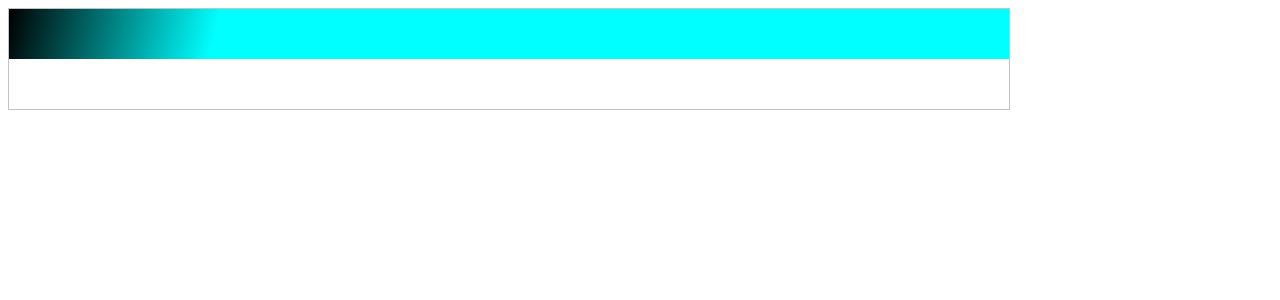
Repository: YukiXueyan/moquWebsite
Page: html/渐变.html
These files come from the project's save history. The page is drawn as it stood at one moment and after the next save; the edit follows.
The browser window is 1280 px wide. The pictures show the whole page.

Above is the page before, as saved 2020-07-05 15:43:38.

### html/渐变.html
<!DOCTYPE HTML>
<html>
<body>

<canvas id="myCanvas" width="1000" height="100" style="border:1px solid #c3c3c3;">
Your browser does not support the canvas element.
</canvas>


<script type="text/javascript">

var c=document.getElementById("myCanvas");
var cxt=c.getContext("2d");
var grd=cxt.createLinearGradient(0,0,200,50);
grd.addColorStop(0,"#000000");
grd.addColorStop(1,"#00FFff");
cxt.fillStyle=grd;
cxt.fillRect(0,0,1000,50);

</script>

</body>
</html>

After the next save:
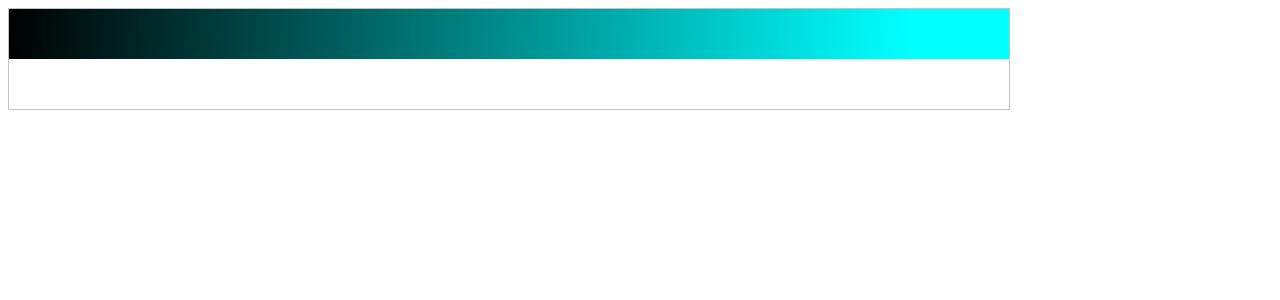
Saved 10 s later.
--- a/html/渐变.html
+++ b/html/渐变.html
@@ -11,7 +11,7 @@ Your browser does not support the canvas element.
 
 var c=document.getElementById("myCanvas");
 var cxt=c.getContext("2d");
-var grd=cxt.createLinearGradient(0,0,200,50);
+var grd=cxt.createLinearGradient(0,0,900,50);
 grd.addColorStop(0,"#000000");
 grd.addColorStop(1,"#00FFff");
 cxt.fillStyle=grd;
